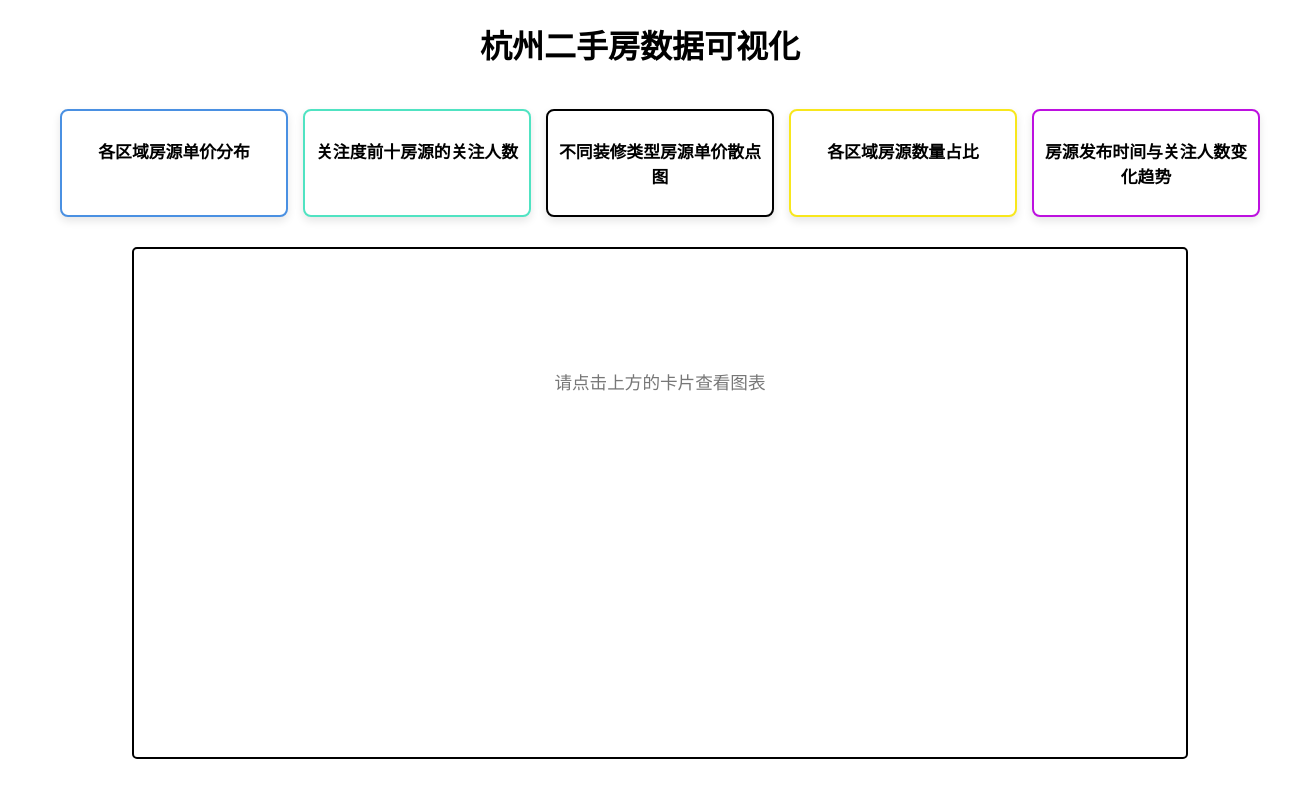
Repository: sakimi-9/DPV-SHP_HangZhou
Page: / (app in rendering/)
An editor plug-in stored every save of this project. The page is shown before and after the next save, followed by the edit.
The browser window is 1280 px wide. The page is 1312 px wide, so the pictures cover 1312 px, including what lies to the right of the window. The pictures show the whole page.
The project was rebuilt for these pictures with package versions that can differ from the ones it lists, and the page was loaded fresh each time. Also part of the build but not shown: rendering/vite.config.ts.

Above is the page before, as saved 2025-05-29 12:18:44.

### rendering/index.html
<!DOCTYPE html>
<html lang="en">

<head>
    <meta charset="UTF-8">
    <link rel="icon" href="/favicon.ico">
    <meta name="viewport" content="width=device-width, initial-scale=1.0">
    <title>二手房数据可视化</title>
</head>

<body>
    <div id="app"></div>
    <script type="module" src="/src/main.ts"></script>
</body>

</html>

### rendering/src/App.vue
<template>
  <div>
    <h1 style="text-align: center;">杭州二手房数据可视化</h1>

    <!-- 模式切换 UI -->


    <!-- 2D 图表区域 -->
    <HouseCharts v-if="currentMode === '2D'" :house-data="houseData" />

  </div>
</template>

<script setup lang="ts">
import { ref, onMounted } from 'vue';

// 导入新组件
import HouseCharts from './components/HouseCharts.vue';

// 导入数据解析器
import { ParsedHouse, parseHouseData } from '../util/dataParser';

// Define a ref to store the parsed data
const houseData = ref<ParsedHouse[] | null>(null);

// 定义当前模式状态
const currentMode = ref<'2D'>('2D'); // Only 2D mode is available now

// 定义控制数据分析部分显示的状态变量
const showAnalysis = ref(false);

// 切换数据分析部分显示状态的函数
const toggleAnalysis = () => {
  showAnalysis.value = !showAnalysis.value;
};

// 数据加载逻辑 (修改：先加载经纬度，再加载房源数据)
onMounted(async () => {
  try {
    const response = await fetch('/house_data.json');
    if (!response.ok) {
      throw new Error(`HTTP error! status: ${response.status}`);
    }
    const rawHouseData = await response.json();
    // 解析房源数据时传入经纬度 Map
    houseData.value = parseHouseData(rawHouseData);

    console.log('解析后的数据并存储:', houseData.value);

  } catch (error) {
    console.error('Error loading or processing data:', error);
  }
});

// 显式导出响应式变量 (可能有助于类型检查)
// export { houseData, currentMode };

</script>

<style scoped>
/* Add any specific styles for the 3D visualization container if needed */
/* Only retain App.vue's own styles */
/* HouseCharts.vue */
.chart-display-area>div[ref] {
  width: 100%;
  height: 600px;
  /* Fixed height for the chart */
}

/* HouseCharts.vue */
.chart-display-area {
  /* ... existing styles ... */
  min-height: 850px;
  /* Ensure a minimum height for the box, adjust based on chart height */
}

.chart-display-area>div[ref] {
  width: 100%;
  height: 800px;
  /* Adjusted height */
}

div {
  margin-bottom: 20px;
}

button {
  margin-right: 10px;
}

/* Add styles for the data analysis container */
.data-analysis-container {
  border: 1px solid #ccc;
  /* Add a border */
  padding: 20px;
  /* Add padding inside the box */
  margin-top: 20px;
  /* Add some space above the box */
  background-color: #f9f9f9;
  /* Add a light background color */
  border-radius: 8px;
  /* Rounded corners */
}

.data-analysis-container h2,
.data-analysis-container h3 {
  text-align: center;
  /* Center the titles within the box */
  color: #333;
  /* Darker color for titles */
  margin-bottom: 15px;
  /* Add space below titles */
}

.data-analysis-container h4 {
  margin-top: 15px;
  /* Space above h4 */
  margin-bottom: 10px;
  /* Space below h4 */
  color: #555;
  /* Slightly lighter color for h4 */
}

.data-analysis-container p {
  line-height: 1.6;
  /* Improve readability with more line spacing */
  color: #555;
  /* Slightly lighter color for text */
  margin-bottom: 10px;
  /* Adjust space between paragraphs */
}

.data-analysis-container ul {
  margin-bottom: 15px;
  /* Space below lists */
  padding-left: 20px;
  /* Indent list items */
}

.data-analysis-container ul li {
  margin-bottom: 5px;
  /* Space between list items */
  line-height: 1.5;
  /* Line spacing for list items */
  color: #555;
}


.data-analysis-container p strong {
  color: #000;
  /* Make strong text black */
}

/* Remove styles migrated to TwoDCharts.vue */
/* Keep only App.vue specific styles */

/* Example styles for layout if needed, adjust based on your structure */
/*
.container {
    max-width: 960px;
    margin: 0 auto;
    padding: 20px;
}
*/

/* Add styles for the analysis button */
.analysis-button {
  position: fixed;
  /* Fixed position relative to the viewport */
  bottom: 20px;
  /* 20px from the bottom */
  right: 20px;
  /* 20px from the right */
  z-index: 1000;
  /* Ensure it's above other content */
  padding: 10px 20px;
  font-size: 16px;
  background-color: #007bff;
  color: white;
  border: none;
  border-radius: 5px;
  cursor: pointer;
  box-shadow: 0 2px 5px rgba(0, 0, 0, 0.2);
}

.analysis-button:hover {
  background-color: #0056b3;
}
</style>

### rendering/src/components/HouseCharts.vue
<template>
    <div class="charts-container">
        <!-- Main Title - Centered in App.vue -->

        <!-- Chart Cards Grid -->
        <div class="charts-grid">
            <div v-for="(chart, index) in charts" :key="index" class="chart-card"
                :style="{ 'border-color': getCardColor(index) }" @click="selectChart(index)">
                <h3>{{ chart.title }}</h3>
            </div>
        </div>

        <!-- Chart Display Area (Black Box) -->
        <div class="chart-display-area">
            <div v-if="selectedChartIndex !== null && currentChart" class="selected-chart-content">
                <h3>{{ currentChart.title }}</h3>
                <!-- Chart rendering area - always in DOM, content controlled by JS -->
                <div ref="selectedChartDisplayRef" style="width: 100%; height: 70vh;"></div>
            </div>
            <div v-else class="placeholder-message">
                <p>请点击上方的卡片查看图表</p>
            </div>
        </div>

    </div>
</template>

<script setup lang="ts">
import { ref, onMounted, watch, computed, nextTick } from 'vue';
import * as echarts from 'echarts/core';
// Import the necessary components and charts
import { BarChart, PieChart, ScatterChart, BoxplotChart, LineChart } from 'echarts/charts';
import { GridComponent, TooltipComponent, LegendComponent, TitleComponent } from 'echarts/components';
import { CanvasRenderer } from 'echarts/renderers';

// Import data parsing functions
import {
    getAreaPriceBoxPlotData,
    getTop10FollowedHousesData,
    getRenovationPriceScatterData,
    getAreaHouseCountPieData,
    getPublishTimeFollowersTrendData
} from '../../util/chartDataParser';

echarts.use([
    BarChart,
    PieChart,
    ScatterChart,
    BoxplotChart,
    LineChart,
    GridComponent,
    TooltipComponent,
    LegendComponent,
    TitleComponent,
    CanvasRenderer,
]);

// 定义解析后的房源数据接口 (Copy from dataParser.ts for self-containment)
interface ParsedHouse {
    房源标题: string;
    室: number | null;
    厅: number | null;
    面积: number | null; // 平米
    朝向: string | null;
    装修: string | null;
    楼层信息: string | null; // 例如 "中楼层"
    总楼层: number | null;
    建筑年份: number | null; // 例如 2012
    建筑类型: string | null; // 例如 "板塔结合"
    小区名称: string | null;
    所在区域: string | null; // 例如 "临河里"
    单价: number | null; // 元/平
    关注人数: number | null;
    发布时间: string | null; // 例如 "2个月以前发布"
    标签: string[];
}

// 定义接收的 props
const props = defineProps<{ houseData: ParsedHouse[] | null }>();

// Define ref for the selected chart display area
const selectedChartDisplayRef = ref<HTMLElement | null>(null);

// Define the current chart index
const selectedChartIndex = ref<number | null>(null);

// Computed property for the current chart information
const currentChart = computed(() => {
    if (selectedChartIndex.value === null) return null;
    return charts[selectedChartIndex.value];
});

// Function to select a chart
const selectChart = (index: number) => {
    selectedChartIndex.value = index;
    console.log("Selected chart index:", selectedChartIndex.value);
};

// Function to dispose of a chart instance
const disposeChart = (chartElement: HTMLElement) => {
    const chartInstance = echarts.getInstanceByDom(chartElement);
    if (chartInstance) {
        chartInstance.dispose();
    }
};

// Function to render the selected chart
const renderSelectedChart = (
    chartInfo: { title: string, render: (element: HTMLElement, data: ParsedHouse[]) => void } | null,
    data: ParsedHouse[] | null
) => {
    // Dispose of any previously rendered chart in the display area
    if (selectedChartDisplayRef.value) {
        console.log("Disposing previous chart.");

        disposeChart(selectedChartDisplayRef.value);
        selectedChartDisplayRef.value.innerHTML = ''; // Clear previous chart content
    }

    if (!chartInfo || selectedChartIndex.value === null || !data || data.length === 0) {
        console.warn("No chart selected, no data, or chart info not ready.");
        // The placeholder is now controlled by v-else in the template
        console.log("Render conditions not met.", "Index:", selectedChartIndex.value, "Data present:", !!data, "Data length:", data ? data.length : 0);
        return;
    }

    const chartElement = selectedChartDisplayRef.value; // Get the display area element

    if (!chartElement) {
        console.warn("Chart display element is not available.");
        console.log("Render conditions not met.", "Index:", selectedChartIndex.value, "Data present:", !!props.houseData, "Data length:", props.houseData ? props.houseData.length : 0, "Element available:", !!chartElement);

        return; // Exit if the element is null
    }

    // Directly get chart info based on selected index
    if (chartElement && chartInfo) {
        // Render the current chart
        console.log(`Attempting to render chart: ${chartInfo.title}`);
        try {
            chartInfo.render(chartElement, data); // Pass the display area element to the render function
            console.log(`Successfully called render function for: ${chartInfo.title}`);
        } catch (error) {
            console.error(`Error rendering chart ${chartInfo.title}:`, error);
            chartElement.innerHTML = '<p>图表加载失败</p>';
            console.log(`Caught error during render for: ${chartInfo.title}`);
        }
    }
};

// Watch for changes in houseData or selectedChartIndex to determine if a chart *should* be rendered
watch([() => props.houseData, selectedChartIndex], async ([newData, newIndex]) => {
    // If conditions are met (data and index valid), render the chart.
    // Note: We don't await nextTick here directly for ref availability.
    // The rendering will happen when selectedChartDisplayRef becomes available.
    if (newIndex !== null && newData && newData.length > 0) {
        console.log("Data and Index valid, waiting for nextTick...");
        await nextTick(); // Wait for DOM updates

        const chartElement = selectedChartDisplayRef.value;
        if (chartElement) {
            console.log("Ref element available, attempting to render chart.", "Index:", newIndex);
            // Get the chart info directly from the charts array based on the index
            const chartInfo = charts[newIndex];
            if (chartInfo) {
                renderSelectedChart(chartInfo, newData);
            } else {
                console.error("Chart info not found for index:", newIndex);
            }
        } else {
            console.warn("Ref element not available after nextTick.");
        }
    } else {
        // If conditions are not met, dispose the current chart if it exists
        if (selectedChartDisplayRef.value) {
            console.log("Conditions not met, disposing chart.");
            disposeChart(selectedChartDisplayRef.value);
            selectedChartDisplayRef.value.innerHTML = '';
        }
    }
}, { immediate: true }); // Ensure initial check

// Function to get a color for the card based on index
const getCardColor = (index: number) => {
    const colors = ['#4A90E2', '#50E3C2', 'F5A623', '#F8E71C', '#BD10E0']; // Example colors - removed duplicate definition
    return colors[index % colors.length];
};

// --- Chart Render Functions ---

// 1. 各区域房源单价分布对比箱线图
function renderAreaPriceBoxPlot(chartElement: HTMLElement, data: ParsedHouse[]) {
    const chartData = getAreaPriceBoxPlotData(data);

    if (chartData.length === 0) {
        echarts.dispose(chartElement);
        chartElement.innerHTML = '<p>暂无区域单价分布数据</p>';
        return;
    }

    const areas = chartData.map(item => item.area);
    const prices = chartData.map(item => item.prices);

    const myChart = echarts.init(chartElement);
    console.log("ECharts instance initialized for:", "各区域房源单价分布");
    const option = {
        title: {
            text: '各区域房源单价分布',
            left: 'center'
        },
        tooltip: {
            trigger: 'item',
            axisPointer: { type: 'shadow' }
        },
        xAxis: {
            type: 'category',
            data: areas,
            boundaryGap: true,
            nameMap: areas,
            axisLabel: {
                interval: 0,
                rotate: 30,
                overflow: 'breakAll',
                ellipsis: '...'
            }
        },
        yAxis: {
            type: 'value',
            name: '单价 (元/平)'
        },
        series: [
            {
                name: '单价分布',
                type: 'boxplot',
                data: prices,
                tooltip: {
                    formatter: function (param: any) { // Keep any type for simplicity
                        if (param.data) {
                            return [
                                `区域: ${param.name}<br/>`,
                                `最大值: ${param.data[5].toFixed(2)}<br/>`,
                                `第三四分位数: ${param.data[4].toFixed(2)}<br/>`,
                                `中位数: ${param.data[3].toFixed(2)}<br/>`,
                                `第一四分位数: ${param.data[2].toFixed(2)}<br/>`,
                                `最小值: ${param.data[1].toFixed(2)}`
                            ].join('');
                        }
                        return '';
                    }
                }
            }
        ]
    };
    console.log("Setting option for:", "各区域房源单价分布", option);
    myChart.setOption(option);
}

// 2. 关注度前十房源的关注人数柱状图
function renderTop10FollowersBar(chartElement: HTMLElement, data: ParsedHouse[]) {
    const chartData = getTop10FollowedHousesData(data);

    if (chartData.length === 0) {
        echarts.dispose(chartElement);
        chartElement.innerHTML = '<p>暂无关注度前十房源数据</p>';
        return;
    }

    const titles = chartData.map(item => item.title);
    const followers = chartData.map(item => item.followers);

    const myChart = echarts.init(chartElement);
    console.log("ECharts instance initialized for:", "关注度前十房源的关注人数");
    const option = {
        title: {
            text: '关注度前十房源的关注人数',
            left: 'center'
        },
        tooltip: {},
        xAxis: {
            type: 'category',
            data: titles,
            axisLabel: {
                interval: 0,
                rotate: 30,
                overflow: 'breakAll',
                ellipsis: '...'
            }
        },
        yAxis: {
            type: 'value',
            name: '关注人数'
        },
        series: [
            {
                name: '关注人数',
                type: 'bar',
                data: followers
            }
        ]
    };
    console.log("Setting option for:", "关注度前十房源的关注人数", option);
    myChart.setOption(option);
}

// 3. 不同装修类型房源单价散点图
function renderRenovationPriceScatter(chartElement: HTMLElement, data: ParsedHouse[]) {
    const chartData = getRenovationPriceScatterData(data);

    if (chartData.length === 0) {
        echarts.dispose(chartElement);
        chartElement.innerHTML = '<p>暂无装修类型与单价数据</p>';
        return;
    }

    const scatterData = chartData.map((item: { renovation: string, price: number }) => [item.price, item.renovation]); // Explicitly type item

    // Get unique renovation types for y-axis categories
    const renovationTypes = Array.from(new Set(chartData.map((item: { renovation: string, price: number }) => item.renovation))) as string[]; // Explicitly type item and result

    const myChart = echarts.init(chartElement);
    console.log("ECharts instance initialized for:", "不同装修类型房源单价散点图");
    const option = {
        title: {
            text: '不同装修类型房源单价散点图',
            left: 'center'
        },
        tooltip: {
            trigger: 'axis',
            axisPointer: { type: 'shadow' },
            formatter: function (params: any) { // Keep any type for simplicity
                const item = params[0];
                return `装修: ${item.value[1]}<br/>单价: ${item.value[0].toFixed(2)} 元/平`;
            }
        },
        xAxis: {
            type: 'value',
            name: '单价 (元/平)'
        },
        yAxis: {
            type: 'category',
            data: renovationTypes,
            name: '装修类型'
        },
        series: [
            {
                name: '房源',
                type: 'scatter',
                data: scatterData
            }
        ]
    };
    console.log("Setting option for:", "不同装修类型房源单价散点图", option);
    myChart.setOption(option);
}

// 4. 各区域房源数量占比饼图
function renderAreaCountPie(chartElement: HTMLElement, data: ParsedHouse[]) {
    const chartData = getAreaHouseCountPieData(data);

    if (chartData.length === 0) {
        echarts.dispose(chartElement);
        chartElement.innerHTML = '<p>暂无区域房源数量数据</p>';
        return;
    }

    const pieData = chartData.map((item: { area: string, count: number }) => ({
        name: item.area,
        value: item.count
    })); // Explicitly type item

    const myChart = echarts.init(chartElement);
    console.log("ECharts instance initialized for:", "各区域房源数量占比");
    const option = {
        title: {
            text: '各区域房源数量占比',
            left: 'center'
        },
        tooltip: {
            trigger: 'item',
            formatter: '{a} <br/>{b}: {c} ({d}%)'
        },
        legend: {
            orient: 'vertical',
            left: 'left',
            data: chartData.map((item: { area: string, count: number }) => item.area) // Explicitly type item
        },
        series: [
            {
                name: '房源数量',
                type: 'pie',
                radius: '50%',
                data: pieData,
                emphasis: {
                    itemStyle: {
                        shadowBlur: 10,
                        shadowOffsetX: 0,
                        shadowColor: 'rgba(0, 0, 0, 0.5)'
                    }
                }
            }
        ]
    };
    console.log("Setting option for:", "各区域房源数量占比", option);
    myChart.setOption(option);
}

// 5. 房源发布时间与关注人数变化趋势折线图
function renderPublishTimeFollowersLine(chartElement: HTMLElement, data: ParsedHouse[]) {
    const chartData = getPublishTimeFollowersTrendData(data);

    if (chartData.length === 0) {
        echarts.dispose(chartElement);
        chartElement.innerHTML = '<p>暂无发布时间与关注人数趋势数据</p>';
        return;
    }

    const times = chartData.map((item: { time: string, totalFollowers: number }) => item.time); // Explicitly type item
    const totalFollowers = chartData.map((item: { time: string, totalFollowers: number }) => item.totalFollowers); // Explicitly type item

    const myChart = echarts.init(chartElement);
    console.log("ECharts instance initialized for:", "房源发布时间与关注人数变化趋势");
    const option = {
        title: {
            text: '房源发布时间与关注人数变化趋势',
            left: 'center'
        },
        tooltip: {
            trigger: 'axis'
        },
        xAxis: {
            type: 'category',
            data: times,
            axisLabel: {
                interval: 0,
                rotate: 30,
                overflow: 'breakAll',
                ellipsis: '...'
            }
        },
        yAxis: {
            type: 'value',
            name: '总关注人数'
        },
        series: [
            {
                name: '总关注人数',
                type: 'line',
                data: totalFollowers
            }
        ]
    };
    console.log("Setting option for:", "房源发布时间与关注人数变化趋势", option);
    myChart.setOption(option);
}

// Define the list of charts with their titles and render functions
const charts = [
    { title: '各区域房源单价分布', render: renderAreaPriceBoxPlot },
    { title: '关注度前十房源的关注人数', render: renderTop10FollowersBar },
    { title: '不同装修类型房源单价散点图', render: renderRenovationPriceScatter },
    { title: '各区域房源数量占比', render: renderAreaCountPie },
    { title: '房源发布时间与关注人数变化趋势', render: renderPublishTimeFollowersLine },
];

// Initial render logic (optional, handled by watch with immediate: true)
/*
onMounted(() => {
    renderSelectedChart(props.houseData);
});
*/

</script>

<style scoped>
.charts-container {
    display: flex;
    flex-direction: column;
    gap: 10px;
    /* Increased gap */
    align-items: center;
    margin-top: 20px;
    /* Adjusted top margin */
    padding: 20px;
    width: 100%;
    /* Ensure container takes full width */
}

.charts-grid {
    display: grid;
    grid-template-columns: repeat(5, 1fr);
    /* Changed to 5 equal columns */
    gap: 15px;
    /* Reduced gap to make cards smaller */
    width: 100%;
    max-width: 1200px;
    /* Keep max width */
    justify-content: center;
}

.chart-card {
    background-color: #fff;
    border: 2px solid;
    /* Use border-color from style binding */
    border-radius: 8px;
    padding: 10px;
    /* Reduced padding */
    text-align: center;
    cursor: pointer;
    box-shadow: 0 4px 8px rgba(0, 0, 0, 0.1);
    transition: transform 0.3s ease, box-shadow 0.3s ease;
    font-size: 0.9em;
    /* Slightly reduced font size */
}

.chart-card:hover {
    transform: translateY(-5px);
    box-shadow: 0 6px 12px rgba(0, 0, 0, 0.15);
}

/* --- 图表显示区域容器样式 (黑色边框区域) --- */
.chart-display-area {
    margin-top: 20px;
    /* Space above the display area */
    border: 2px solid black;
    /* Black border */
    border-radius: 5px;
    padding: 20px;
    width: 80%;
    flex-direction: column;
    align-items: center;
    min-height: 65vh;
    /* Ensure a minimum height for the box, adjusted for larger chart */
    /* Ensure a minimum height for the box */
}

.chart-display-area h3 {
    margin-top: 0;
    margin-bottom: 0px;
}

/* --- ECharts 图表实际渲染区域样式 (div[ref=selectedChartDisplayRef]) --- */
/* 调整这里的 width 和 height 可以直接改变图表的大小 */
.chart-display-area>div[ref] {
    width: 100%;
    height: 60vh;
    /* 例如，占视口高度的 70% */
}

.placeholder-message {
    text-align: center;
    color: #777;
    font-size: 1.1em;
    margin-top: 100px;
    /* Center message vertically */
}

/* Removed carousel related styles */
</style>

Loaded but not shown: rendering/src/main.ts (common file); rendering/public/house_data.json (1034 lines, source omitted); rendering/util/dataParser.ts (112 lines, source omitted); rendering/util/chartDataParser.ts (107 lines, source omitted)

After the next save:
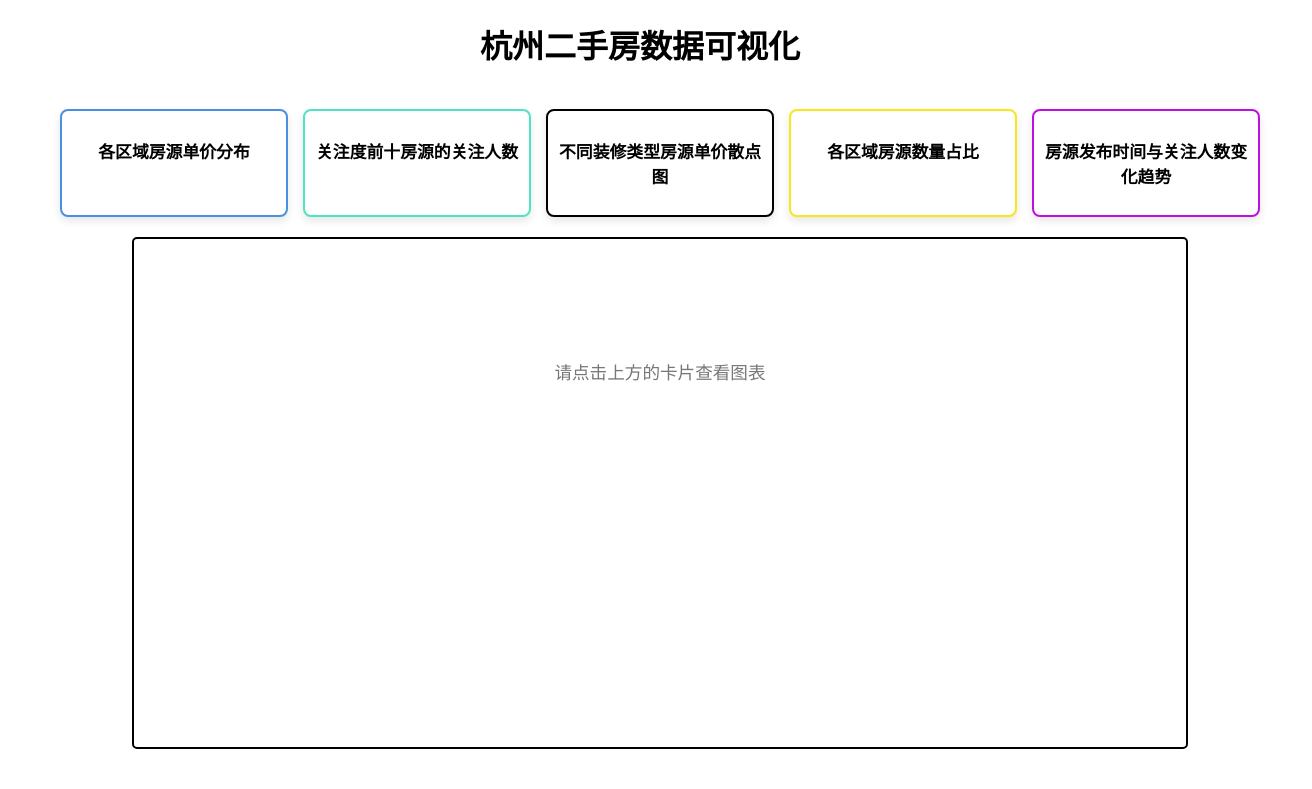
Saved 15 s later.
--- a/rendering/src/components/HouseCharts.vue
+++ b/rendering/src/components/HouseCharts.vue
@@ -475,7 +475,7 @@ onMounted(() => {
 .charts-container {
     display: flex;
     flex-direction: column;
-    gap: 10px;
+    gap: 0px;
     /* Increased gap */
     align-items: center;
     margin-top: 20px;
